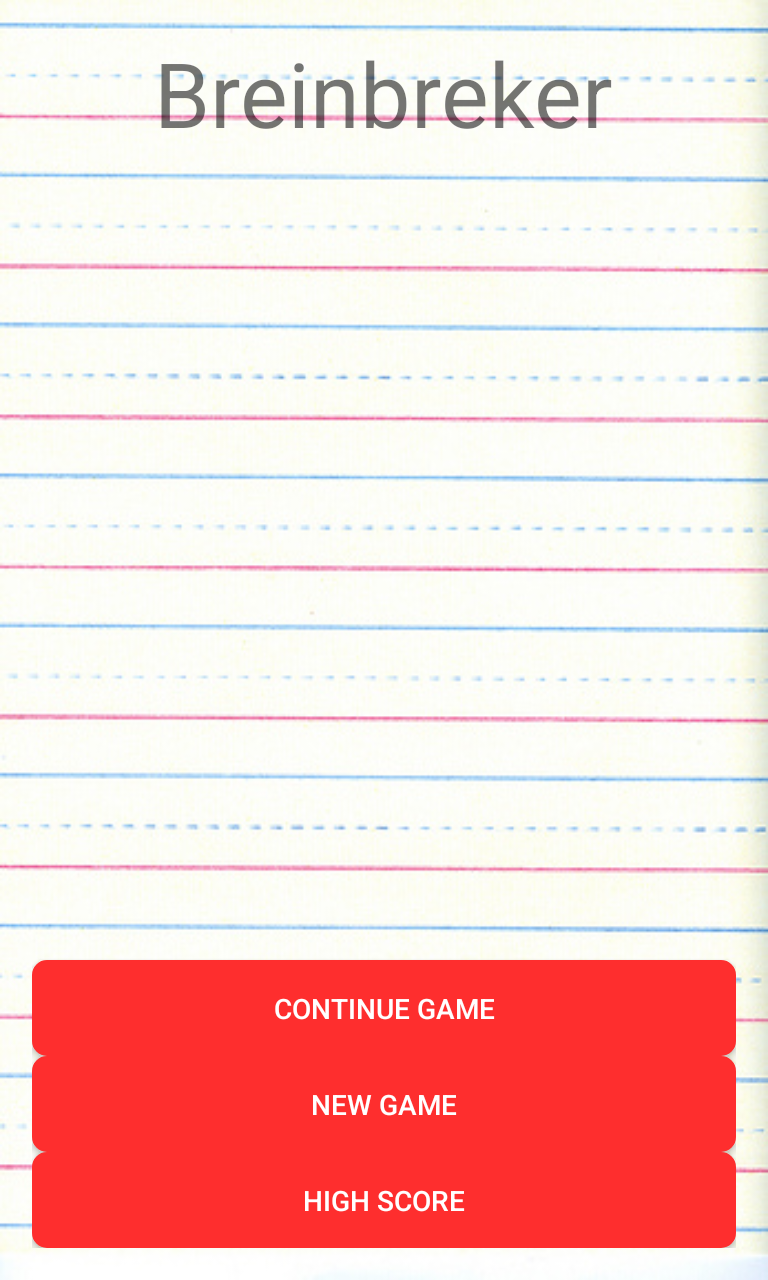
Repository: jelleswester/Breinbreker
Layout: Breinbreker/res/layout/activity_start_screen.xml
An editor plug-in stored every save of this project. The layout is shown before and after a run of saves, followed by the edit.
It is drawn on a 768 x 1280 px phone screen (xhdpi) without system bars, with theme AppTheme; the app's code is not run.

Above is the layout before, as saved 2015-01-22 20:58:02.

After the next 2 saves:
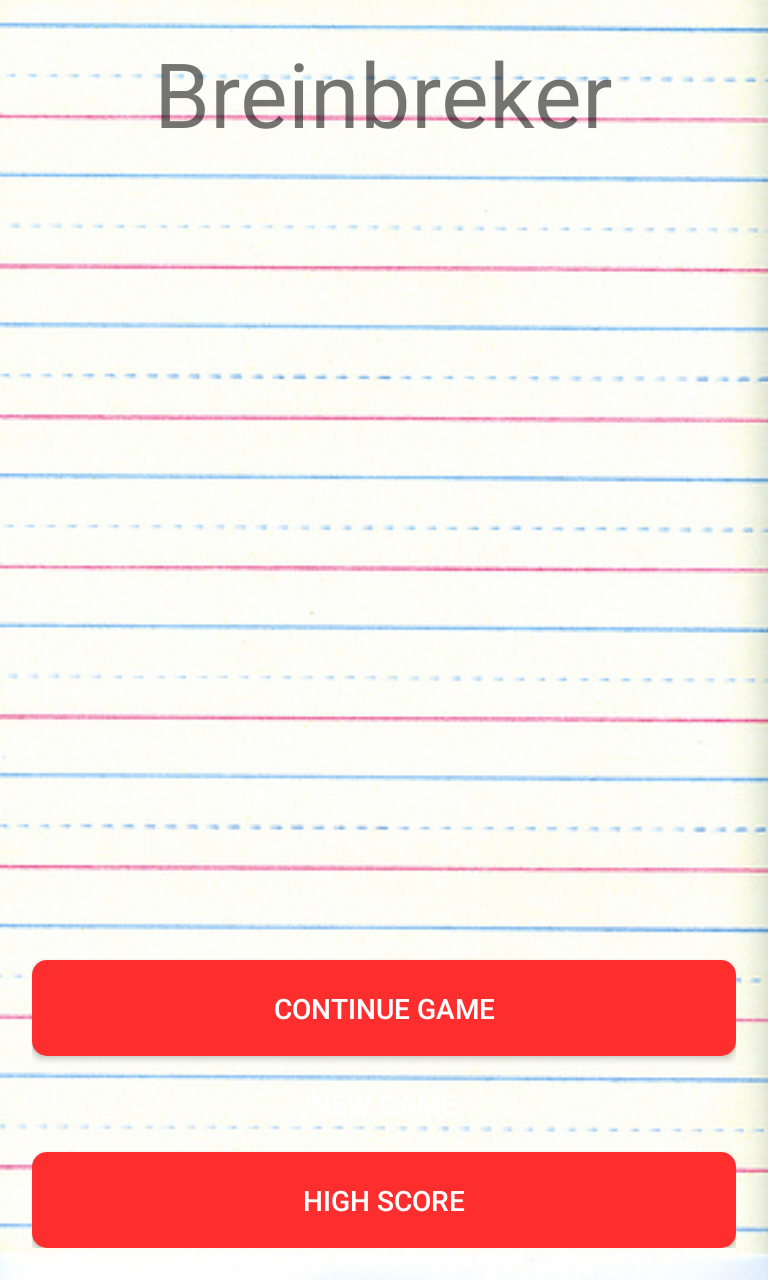
The 2 saves are shown as one change because 1 did not build or start.
The last was saved 5 min 1 s later.
--- a/Breinbreker/res/layout/activity_start_screen.xml
+++ b/Breinbreker/res/layout/activity_start_screen.xml
@@ -38,6 +38,7 @@
         android:onClick="startButton"
         android:background="@drawable/button_shape"
         android:textColor="@color/white"
+        android:background="@android:color/transparent"
         android:text="@string/new_game" />
 
     <Button

After the save that followed:
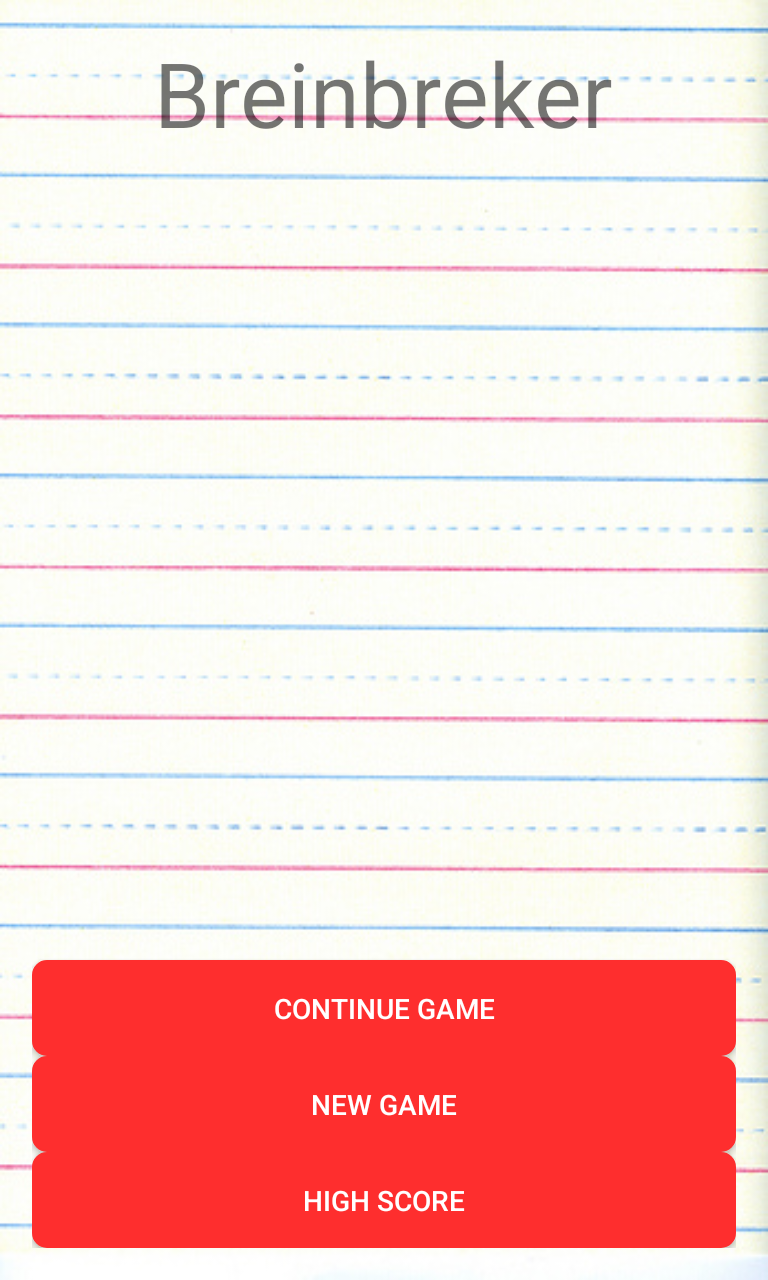
Saved 56 s later.
--- a/Breinbreker/res/layout/activity_start_screen.xml
+++ b/Breinbreker/res/layout/activity_start_screen.xml
@@ -38,7 +38,6 @@
         android:onClick="startButton"
         android:background="@drawable/button_shape"
         android:textColor="@color/white"
-        android:background="@android:color/transparent"
         android:text="@string/new_game" />
 
     <Button
